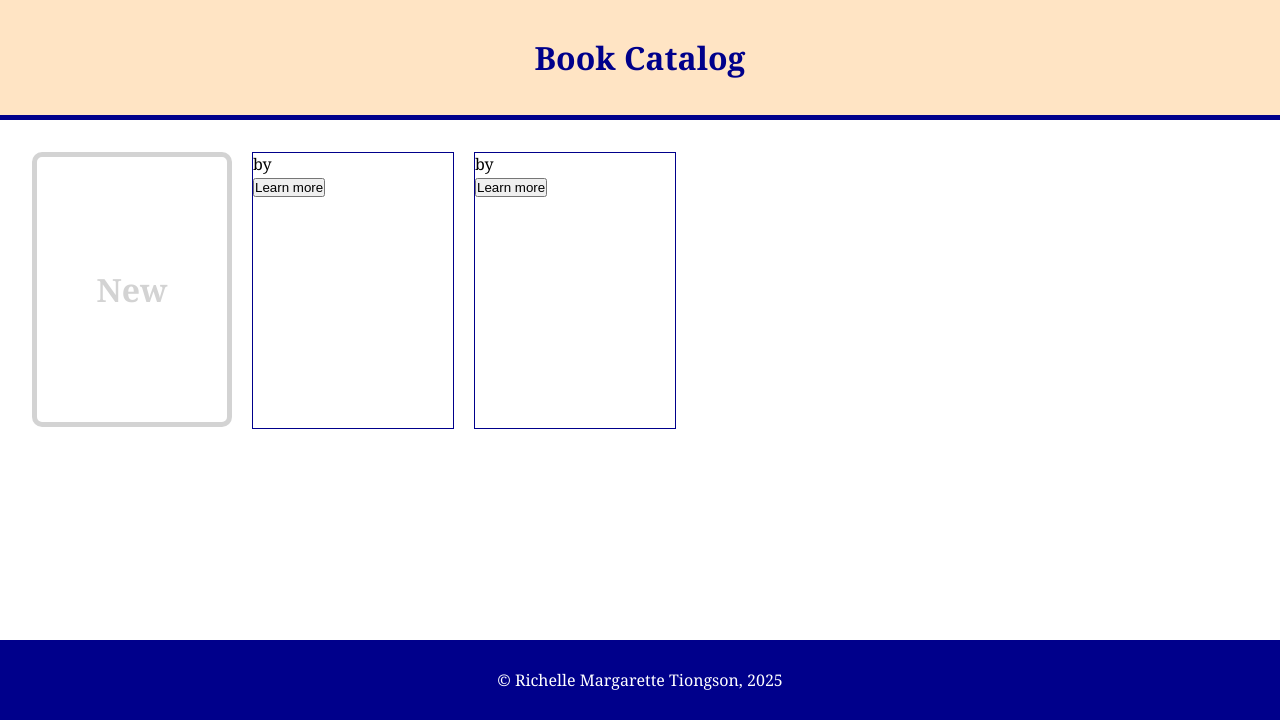
Repository: richelletiongson/comp3170_lab01
Page: /
An editor plug-in stored every save of this project. The page is shown before and after the next save, followed by the edit.
The browser window is 1280 px wide. The pictures show the whole page.
The project was rebuilt for these pictures with package versions that can differ from the ones it lists, and the page was loaded fresh each time. Also part of the build but not shown: vite.config.js.

Above is the page before, as saved 2025-09-14 00:22:58.

After the next save:
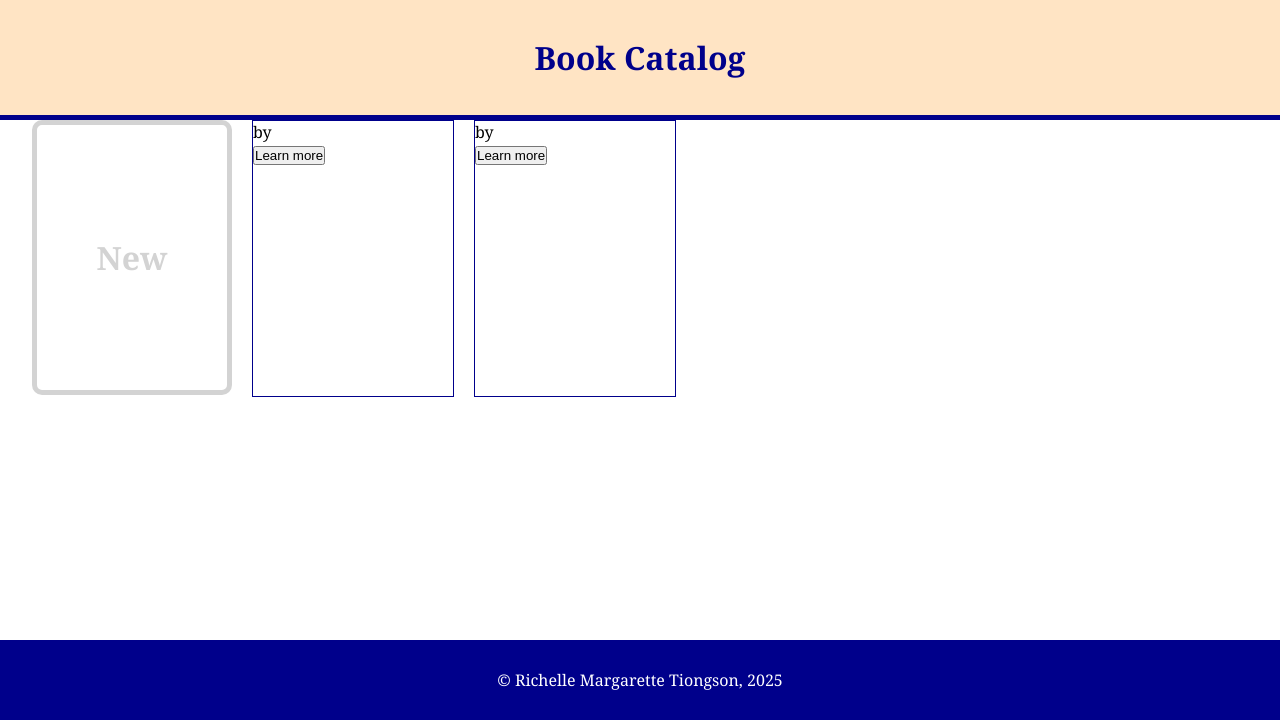
Saved 54 s later.
--- a/src/index.css
+++ b/src/index.css
@@ -54,9 +54,7 @@ body {
 .main-content {
   flex: 1;
   background-color: #FFFFFF;
-  margin-top: 0;
-  padding-top: 0;
-  padding: 2rem;
+  padding: 0 2rem;
 }
 
 .content {
